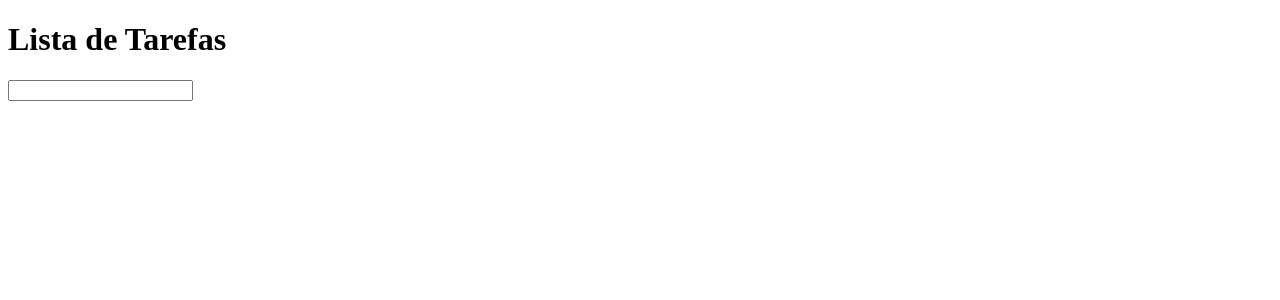
Repository: mateus-henrique-silva/Angular-lista-de-tarefas
Page: / (app in angiularTarefas/)
The author's editor kept a copy of each file at every save. The page is drawn from the files as they stood at one save, then again after a run of saves.
The browser window is 1280 px wide. The pictures show the whole page.
The project was rebuilt for these pictures with package versions that can differ from the ones it lists, and the page was loaded fresh each time. Also part of the build but not shown: angiularTarefas/angular.json.

Above is the page before, as saved 2022-07-12 09:39:50.

After the next 5 saves:
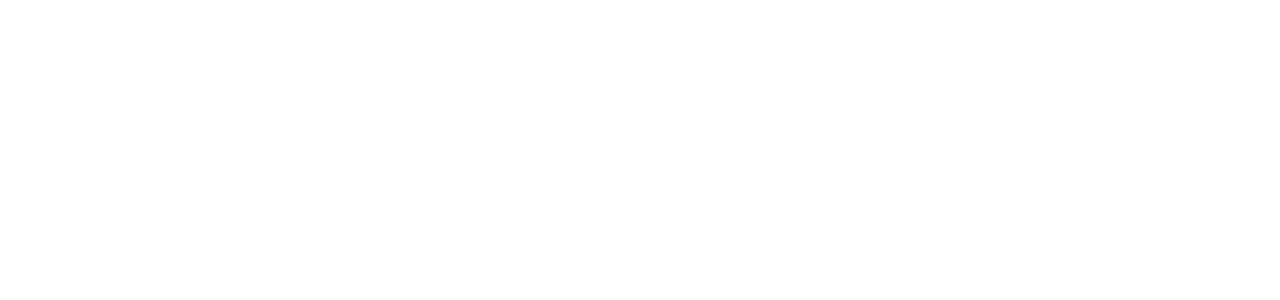
The 5 saves are shown as one change because 1 did not build or start and some came seconds apart.
The last was saved 21 s later.
--- a/angiularTarefas/src/app/app.component.html
+++ b/angiularTarefas/src/app/app.component.html
@@ -1,5 +1,5 @@
 <h1>{{title}}</h1>
 <input #nome type="text"(keyup)="0" (keyup.enter)="inputList(nome.value)" />
 <ul>
-  <li *ngfor>{{teste}}</li>
+  <li *ngFor="let " >{{teste}}</li>
 </ul>

After the save that followed:
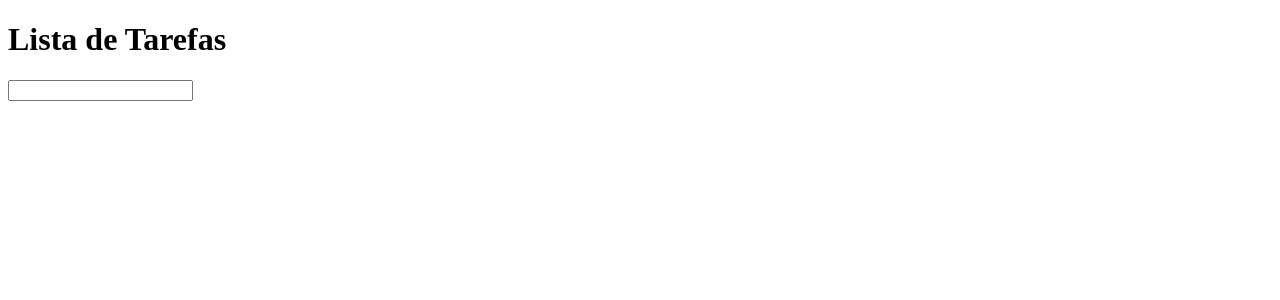
Saved 7 s later.
--- a/angiularTarefas/src/app/app.component.html
+++ b/angiularTarefas/src/app/app.component.html
@@ -1,5 +1,5 @@
 <h1>{{title}}</h1>
 <input #nome type="text"(keyup)="0" (keyup.enter)="inputList(nome.value)" />
 <ul>
-  <li *ngFor="let " >{{teste}}</li>
+  <li *ngFor="let teste of teste" >{{teste}}</li>
 </ul>
